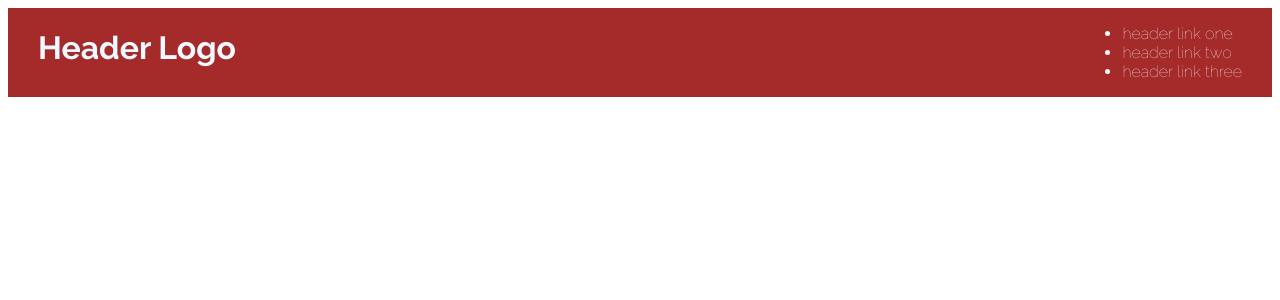
Repository: nlsukhde/porfolio
Page: index.html
An editor plug-in stored every save of this project. The page is shown before and after the next save, followed by the edit.
The browser window is 1280 px wide. The pictures show the whole page.

Above is the page before, as saved 2025-06-19 16:23:51.

After the next save:
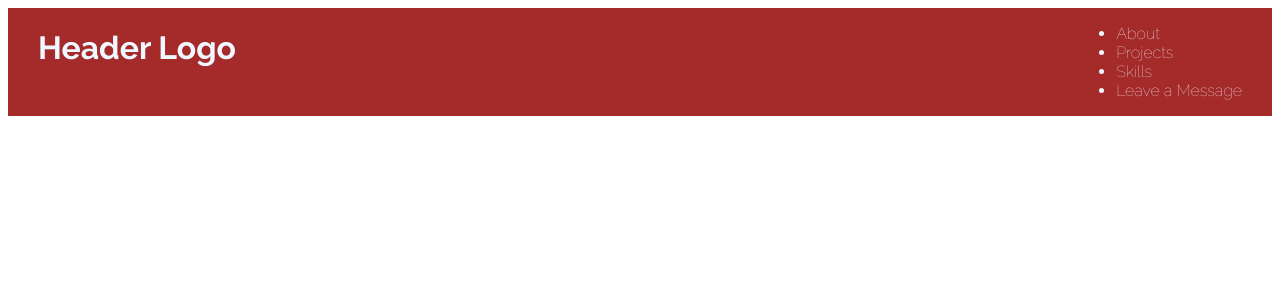
Saved 78 s later.
--- a/index.html
+++ b/index.html
@@ -16,9 +16,10 @@
         <h1>Header Logo</h1>
         <nav>
         <ul class="navbar">
-            <li>header link one</li>
-            <li>header link two</li>
-            <li>header link three</li>
+            <li>About</li>
+            <li>Projects</li>
+            <li>Skills</li>
+            <li>Leave a Message</li>
         </ul>
         </nav>
     </header>
